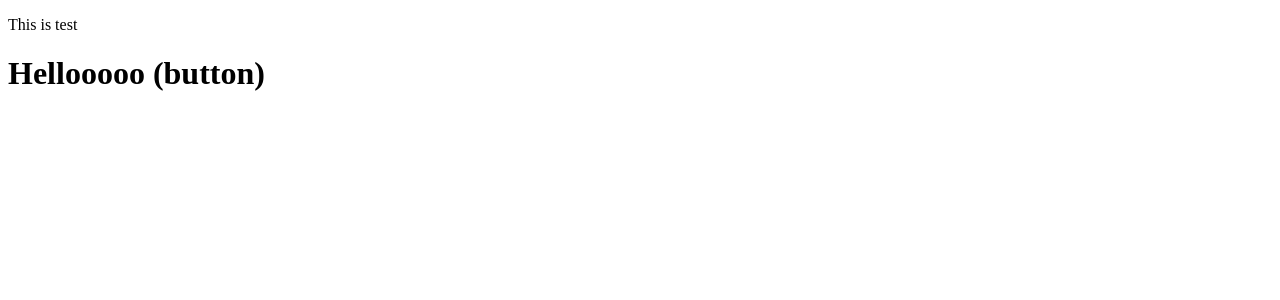
Repository: saparparth/Test-repo
Page: index.html
These files come from the project's save history. The page is drawn as it stood at one moment and after the next save; the edit follows.
The browser window is 1280 px wide. The pictures show the whole page.

Above is the page before, as saved 2023-12-13 14:59:16.

After the next save:
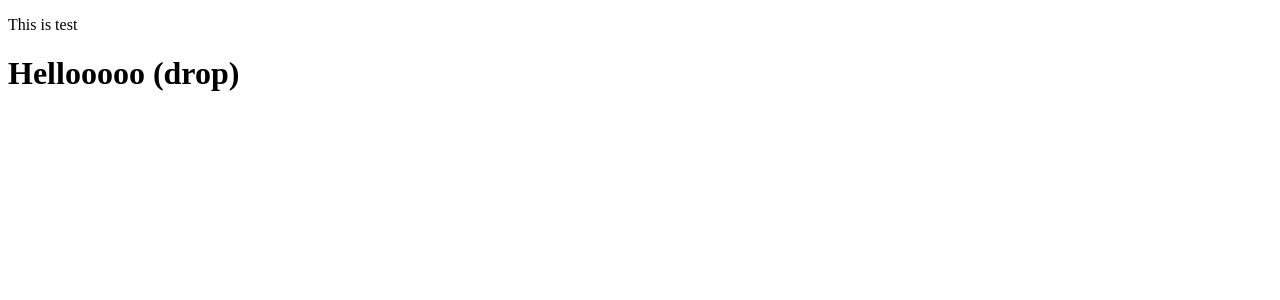
Saved 2 min 50 s later.
--- a/index.html
+++ b/index.html
@@ -8,5 +8,5 @@
 <body>
     <p>This is test
     </p></body>
-    <h1>Hellooooo (button)</h1>
+    <h1>Hellooooo (drop)</h1>
 </html>
